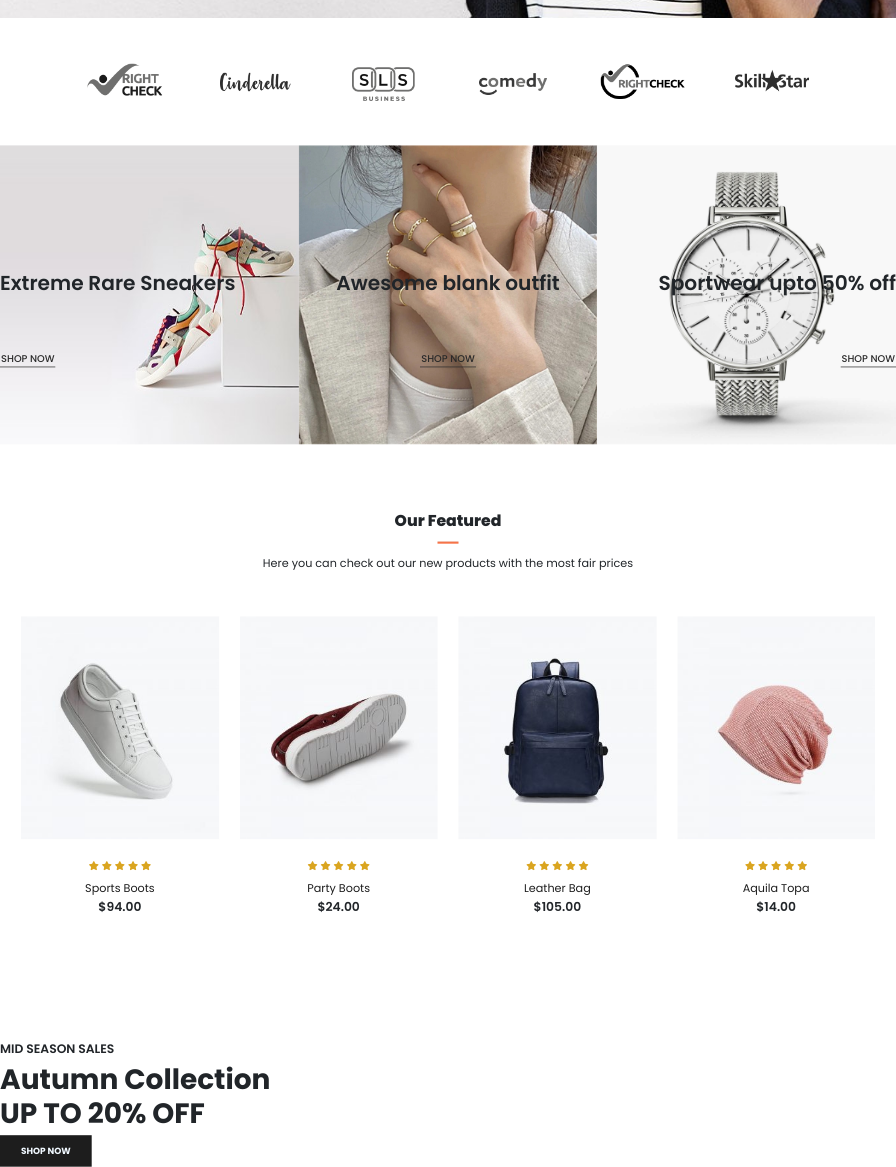
Repository: peter417waweru/e-commerce-UI
Page: index.html
The author's editor kept a copy of each file at every save. The page is drawn from the files as they stood at one save, then again after the next save.
The browser window is 1280 px wide. The pictures show the part of the page from y = 694 to 2614 px (the page is 2361 px tall before and 2614 px after), at 70% of full size.
Some web libraries are served in a nearby version.

Above is the page before, as saved 2025-02-07 23:40:11.

After the next save:
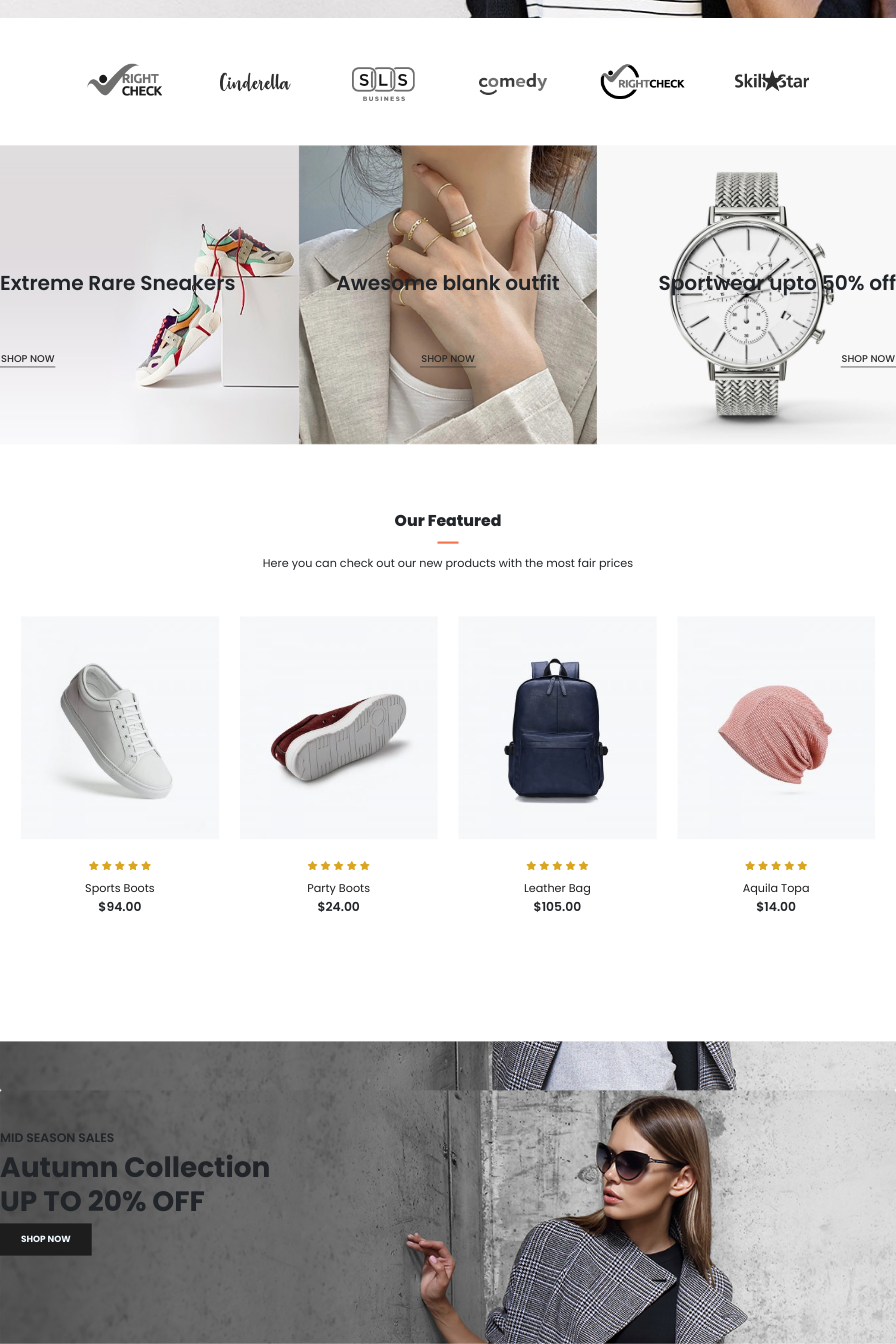
Saved 2 min 40 s later.
--- a/style.css
+++ b/style.css
@@ -263,3 +263,15 @@ hr {
   transform: translateY(0px);
   opacity: 1;
 }
+
+#banner {
+  background-image: url("img/banner/2.jpg");
+  width: 100%;
+  height: 60vh;
+  background-size: cover;
+  background-position: top 70px center;
+  display: flex;
+  flex-direction: column;
+  align-items: flex-start;
+  justify-content: center;
+}
